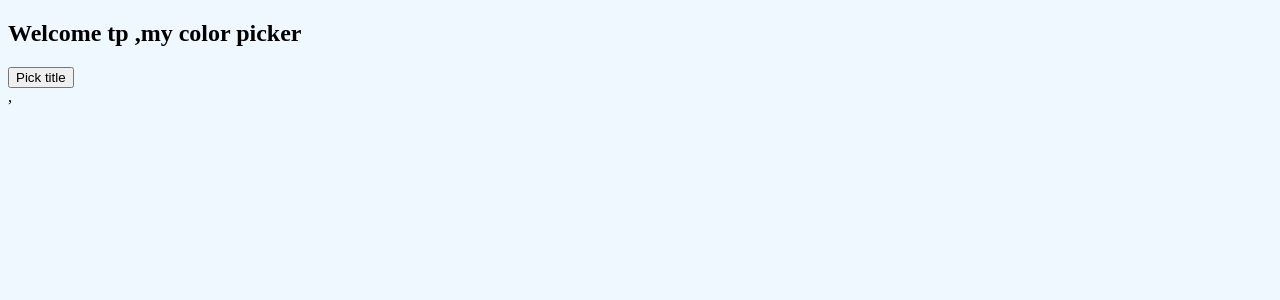
Repository: AishwaryaPandey987/Title-picker
Page: popup.html
An editor plug-in stored every save of this project. The page is shown before and after the next save, followed by the edit.
The browser window is 1280 px wide. The pictures show the whole page.

Above is the page before, as saved 2022-10-19 11:47:15.

### popup.html
<!DOCTYPE html>
<html lang="en">
<head>
<link rel="stylesheet" href="popup.css">

</head>
<body>
  <h2>Welcome tp ,my color picker</h2>
  <button class="changetiltleBtn">Pick title </button>
  <div class="selectedTitle">
    ,<span class="titleGrid"></span>
    <span class="titleValue"></span>
  </div>
  <script src="popup.js"></script>
</body>
</html>

### popup.css
body{

  background-color: aliceblue;

}

.wrapper{
  width: 300px;
  text-align: center;

}

.changetitleBtn{
  width: 200px;
  outline: none;
  border: none;
  border-radius: 3px;
  padding: 5px;
  background: #facc;
  cursor: pointer;

}

Loaded but not shown: popup.js (no stored copy; drawn as an empty file)

After the next save:
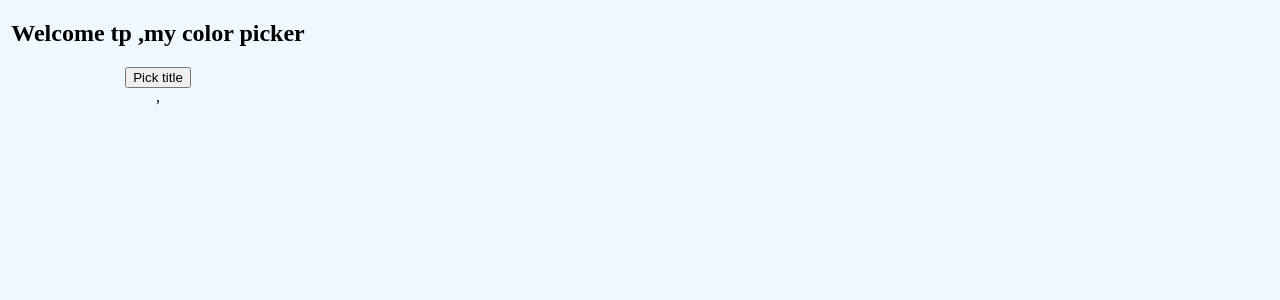
Saved 22 s later.
--- a/popup.html
+++ b/popup.html
@@ -5,12 +5,14 @@
 
 </head>
 <body>
+ <div class="wrapper">
   <h2>Welcome tp ,my color picker</h2>
   <button class="changetiltleBtn">Pick title </button>
   <div class="selectedTitle">
     ,<span class="titleGrid"></span>
     <span class="titleValue"></span>
   </div>
+ </div>
   <script src="popup.js"></script>
 </body>
 </html>
